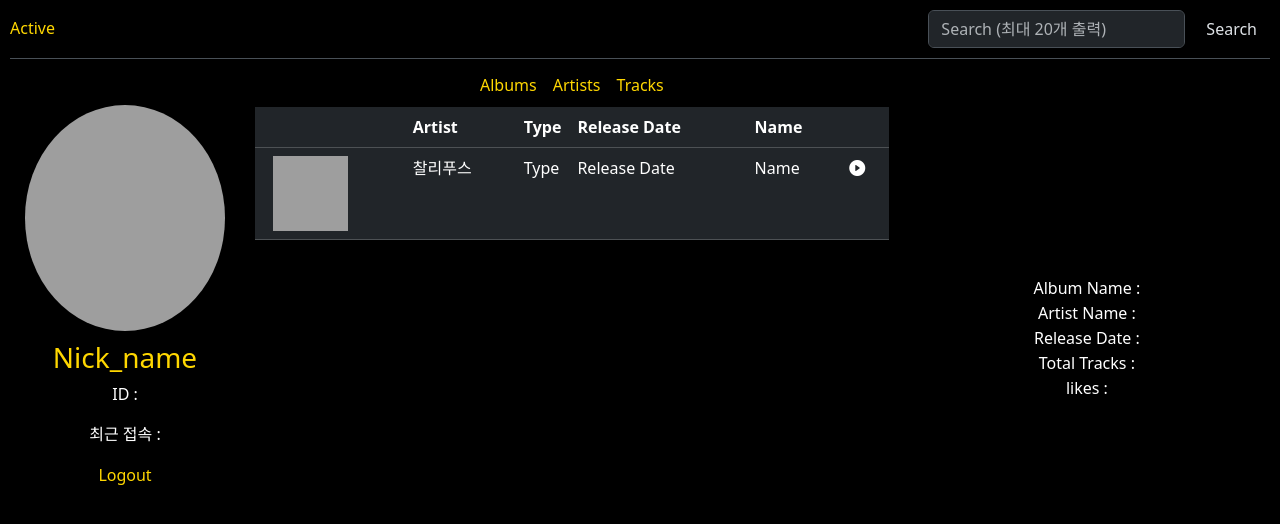
Repository: budflower44/My_Music_Life
Page: http://localhost/my_music_life/WEB-INF/views/mml/main.jsp
An editor plug-in stored every save of this project. The page is shown before and after the next save, followed by the edit.
The browser window is 1280 px wide. The pictures show the whole page.
Pictures or frames that could not be fetched are drawn as grey boxes. The page is served by Tomcat 9. Nobody is signed in. The template is opened directly, without the code that normally fills it, so the values that code supplies are empty.

Above is the page before, as saved 2024-03-13 15:28:03.
Console error: SyntaxError: Unexpected token ')'

After the next save:
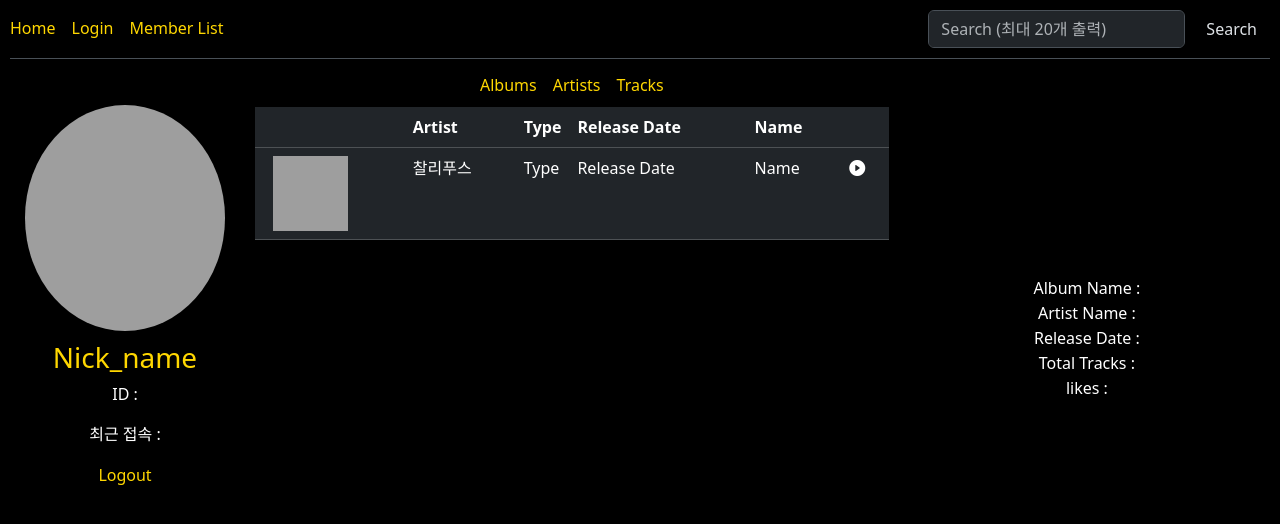
Saved 69 s later.
--- a/my_music_life/src/main/webapp/WEB-INF/views/mml/main.jsp
+++ b/my_music_life/src/main/webapp/WEB-INF/views/mml/main.jsp
@@ -251,11 +251,12 @@ a:hover {
 				<div class="navDiv">
 					<nav class="navbar border-bottom border-body" data-bs-theme="dark">
 						<ul class="nav nav-underline justify-content-end">
-							<li class="nav-item"><a class="nav-link" aria-current="page" href="#">Active</a></li>
+							<li class="nav-item"><a class="nav-link" href="#">Home</a></li>
+							<li class="nav-item"><a class="nav-link" href="#">Login</a></li>
 							<sec:authorize access="isAuthenticated()">
-							<li class="nav-item"><a class="nav-link" href="#">Link</a></li>
-							<li class="nav-item"><a class="nav-link" href="#">Link</a></li>
+							<li class="nav-item"><a class="nav-link" href="#">Logout</a></li>
 							</sec:authorize>
+							<li class="nav-item"><a class="nav-link" href="#">Member List</a></li>
 						</ul>
 						<form class="d-flex" role="search">
         					<input class="form-control me-2 " id="searchKeyword" type="search" placeholder="Search (최대 20개 출력)" aria-label="Search">
